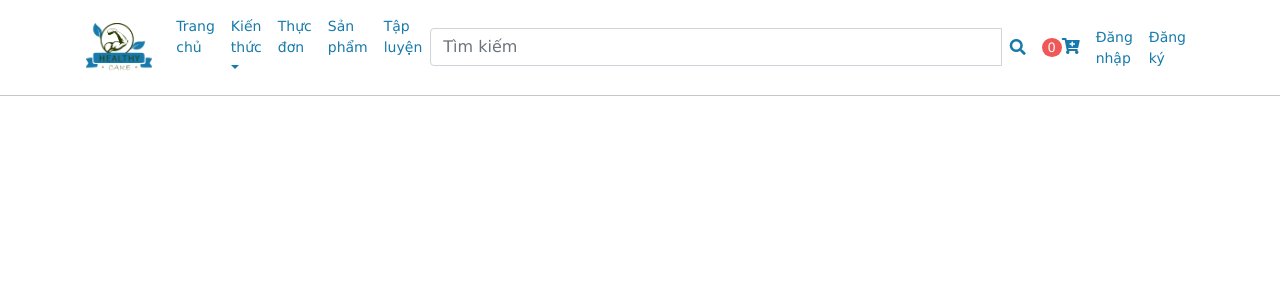
Repository: hohoang106/Project-Intern-Web
Page: homepage/navbar.html
The author's editor kept a copy of each file at every save. The page is drawn from the files as they stood at one save, then again after the next save.
The browser window is 1280 px wide. The pictures show the whole page.
The page's requests for data from a server got no answer.

Above is the page before, as saved 2021-09-12 18:29:34.
Console error: TypeError: Assignment to constant variable.

After the next save:
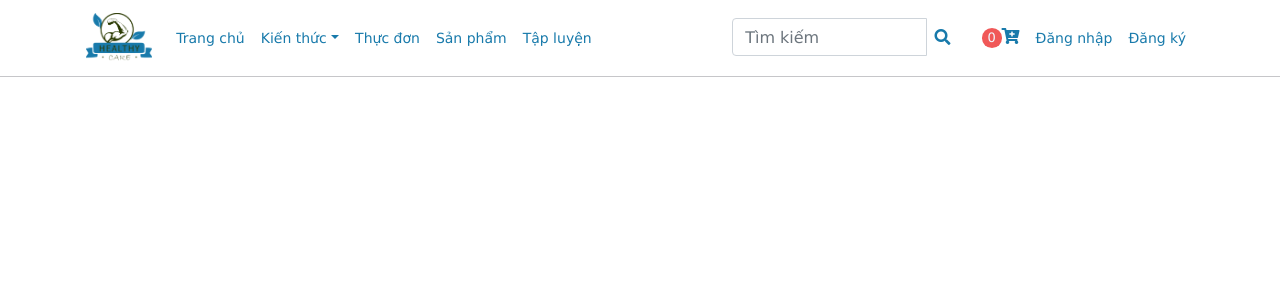
Saved 21 s later.
--- a/homepage/navbar.html
+++ b/homepage/navbar.html
@@ -52,7 +52,7 @@
         </ul>
 
 
-        <div class="input-group">
+        <div class="input-group col-xl-3 col-md-2 col-12">
           <input class="form-control  inputtext" type="search" placeholder="Tìm kiếm">
           <div class="icon-search m-2"> <i class="fas fa-search"></i></div>
         </div>
